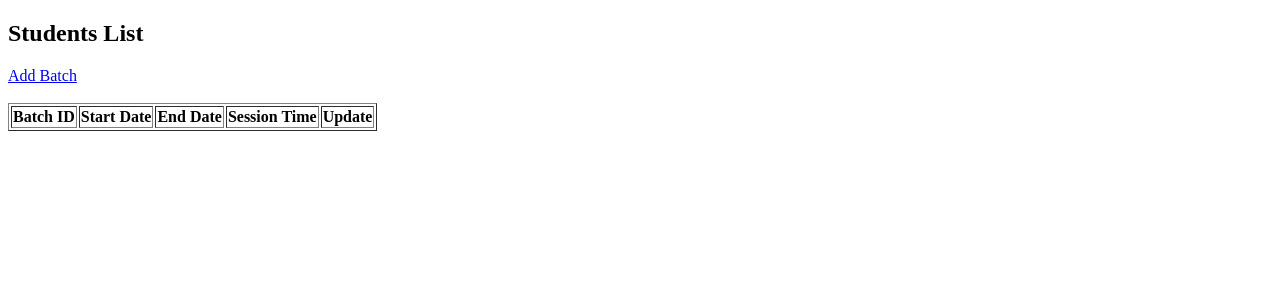
Repository: thomaschuajk/pgfsd_phase2project
Page: http://localhost/ZumbaRegApp/batcheslist
These files come from the project's save history. The page is drawn as it stood at one moment and after the next save; the edit follows.
The browser window is 1280 px wide. The pictures show the whole page.
The page is served by Tomcat 10. Other server files are loaded and not shown. Queries for data that is not in the repository find no rows.

Above is the page before, as saved 2024-03-15 23:03:15.

### ZumbaRegApp/src/main/webapp/batchesList.jsp
<%@ page language="java" contentType="text/html; charset=ISO-8859-1"
    pageEncoding="ISO-8859-1"%>
    <%@ taglib uri = "http://java.sun.com/jsp/jstl/core" prefix = "c" %>
<!DOCTYPE html>
<html>
<head>
<meta charset="ISO-8859-1">
<title>Insert title here</title>
</head>
<body>

<h2>Students List</h2>

	<table border="1">
		<thead>
			<tr>
				<th>Batch ID</th>
				<th>Start Date</th>
				<th>End Date</th>
				<th>Session Time</th>
				<th>Update</th>
			</tr>
		</thead>
		<tbody>

			<c:forEach var="batch" items="${batches}">
		                <tr>
		                    <td>${batch.getBatchId()}</td>
		                    <td>${batch.getStartDate()}</td>
		                    <td>${batch.getEndDate()}</td>
		                    <td>${batch.getSessionTime()}</td>
		                    <td>
		                        <a href="editbatch?id=${batch.getBatchId()}">Delete</a>
		                        <a href="deletebatch?id=${batch.getBatchId()}">Delete</a>
		                    </td>
		                </tr>
		     </c:forEach>
		     <a href="batchform">Add Batch</a>
		     <br><br>

		</tbody>
	</table>


</body>
</html>

### ZumbaRegApp/src/main/java/com/zumba/app/BatchesListServlet.java
package com.zumba.app;

import jakarta.servlet.ServletException;
import jakarta.servlet.annotation.WebServlet;
import jakarta.servlet.http.HttpServlet;
import jakarta.servlet.http.HttpServletRequest;
import jakarta.servlet.http.HttpServletResponse;
import java.io.IOException;
import java.util.List;

/**
 * Servlet implementation class BatchesListServlet
 */
public class BatchesListServlet extends HttpServlet {
	private static final long serialVersionUID = 1L;

	private BatchDAO _batchDAO;

    /**
     * Default constructor.
     */
    public BatchesListServlet() {
        _batchDAO = new BatchDAO();
    }

	/**
	 * @see HttpServlet#doGet(HttpServletRequest request, HttpServletResponse response)
	 */
	protected void doGet(HttpServletRequest request, HttpServletResponse response) throws ServletException, IOException {
		List<Batch> batches = this._batchDAO.GetAllBatches();
		System.out.println(batches.size());
		//HttpSession session =  request.getSession(true);
		//session.setAttribute("students", students);
		request.setAttribute("batches", batches);
		request.getRequestDispatcher("batchesList.jsp").forward(request, response);
	}

}

After the next save:
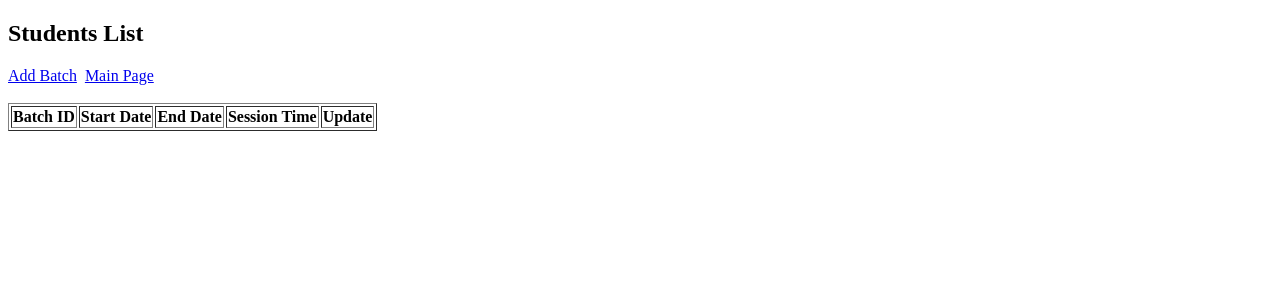
Saved 7 s later.
--- a/ZumbaRegApp/src/main/webapp/batchesList.jsp
+++ b/ZumbaRegApp/src/main/webapp/batchesList.jsp
@@ -30,12 +30,13 @@
 		                    <td>${batch.getEndDate()}</td>
 		                    <td>${batch.getSessionTime()}</td>
 		                    <td>
-		                        <a href="editbatch?id=${batch.getBatchId()}">Delete</a>
+		                        <a href="editbatch?id=${batch.getBatchId()}">Delete</a>&nbsp;
 		                        <a href="deletebatch?id=${batch.getBatchId()}">Delete</a>
 		                    </td>
 		                </tr>
 		     </c:forEach>
-		     <a href="batchform">Add Batch</a>
+		     <a href="batchform">Add Batch</a>&nbsp;
+		     <a href="index.jsp">Main Page</a>
 		     <br><br>
 
 		</tbody>
